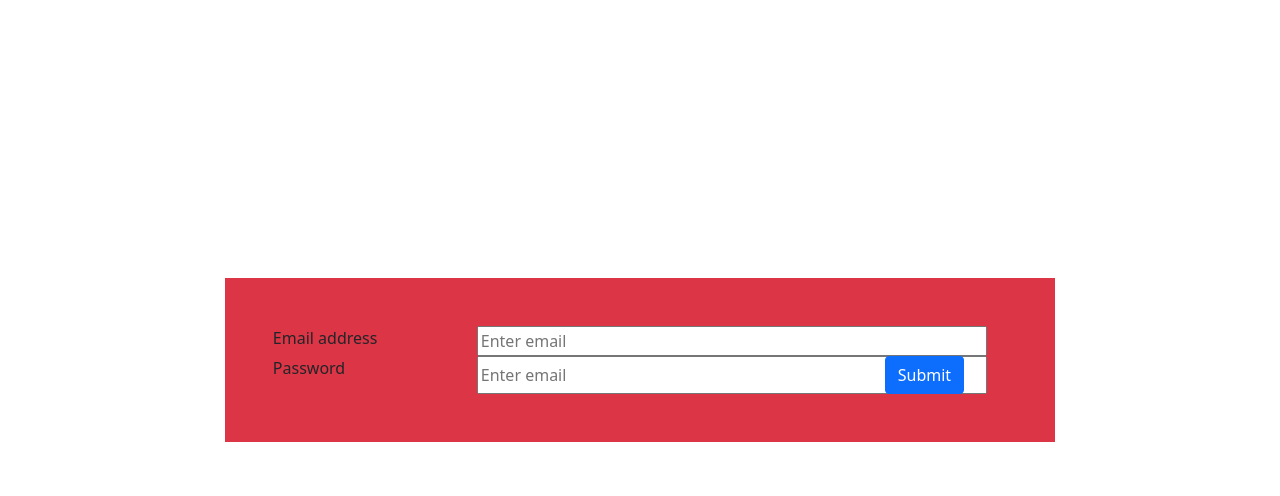
Repository: mariamkhaledsapra/E-Commerce-main
Page: /login
The author's editor kept a copy of each file at every save. The page is drawn from the files as they stood at one save, then again after the next save.
The browser window is 1280 px wide. The pictures show the whole page.
The project was rebuilt for these pictures with package versions that can differ from the ones it lists, and the page was loaded fresh each time. Also part of the build but not shown: src/App.css, src/components/Navbar.jsx, src/App.js.

Above is the page before, as saved 2024-02-13 22:04:19.

After the next save:
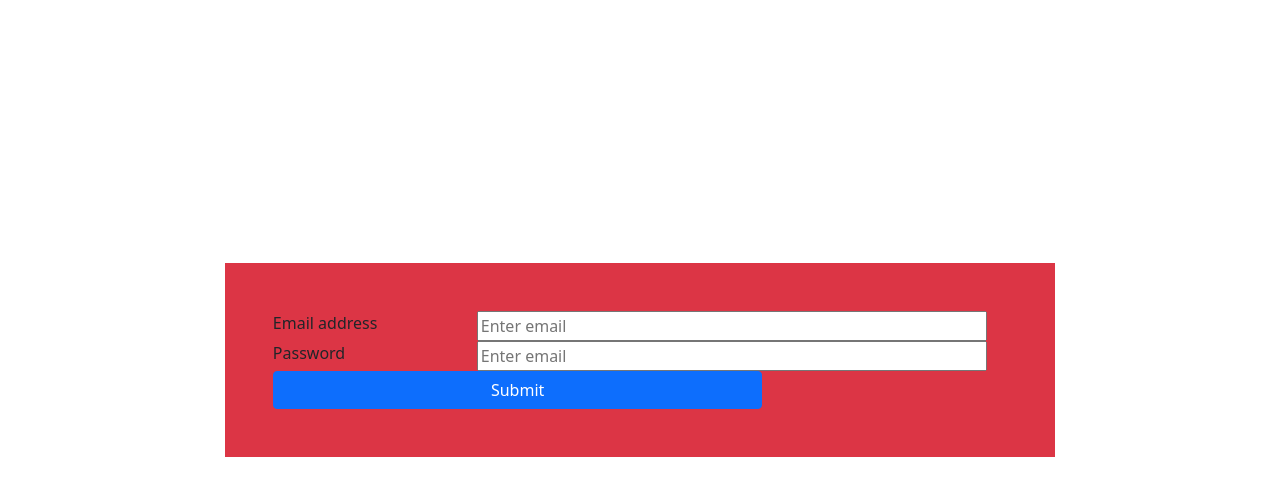
Saved 9 s later.
--- a/src/components/Login.jsx
+++ b/src/components/Login.jsx
@@ -29,7 +29,7 @@
           />
         </div>
 
-        <button type="submit" class="btn btn-primary">
+        <button type="submit" class="btn btn-primary col-8">
           Submit
         </button>
       </form>

After the save that followed:
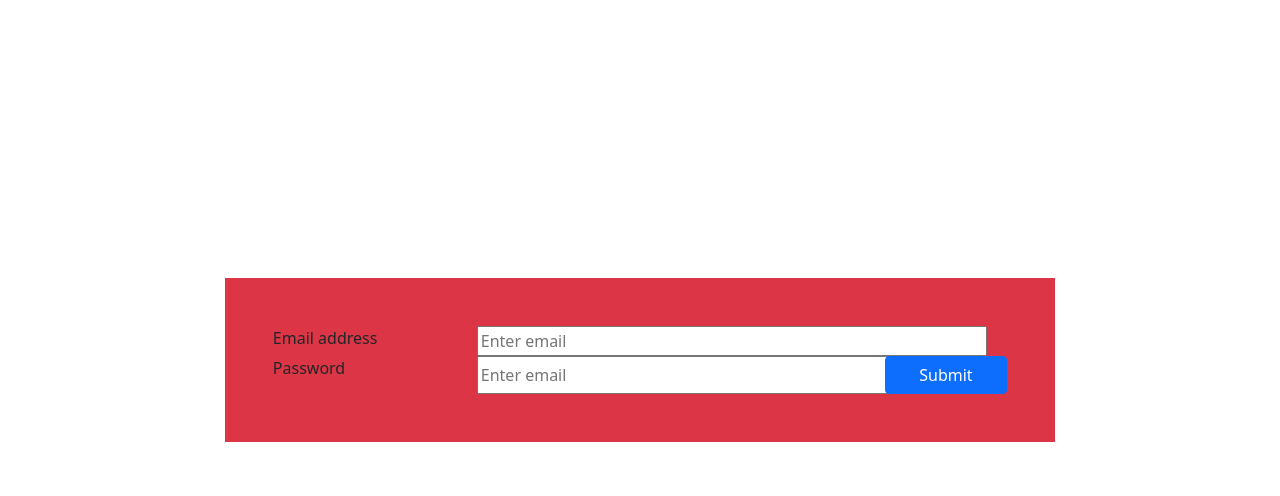
Saved 4 s later.
--- a/src/components/Login.jsx
+++ b/src/components/Login.jsx
@@ -29,7 +29,7 @@
           />
         </div>
 
-        <button type="submit" class="btn btn-primary col-8">
+        <button type="submit" class="btn btn-primary col-2">
           Submit
         </button>
       </form>
